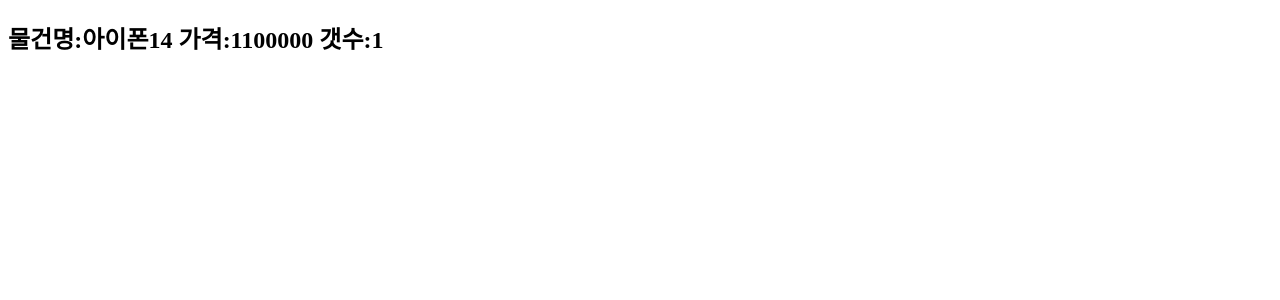
Repository: buildadoor/eclipse
Page: http://localhost/jspexp/z01_homework/a01_221114.jsp
The author's editor kept a copy of each file at every save. The page is drawn from the files as they stood at one save, then again after the next save.
The browser window is 1280 px wide. The pictures show the whole page.
The page is served by Tomcat 9.

Above is the page before, as saved 2022-11-14 07:24:46.

After the next save:
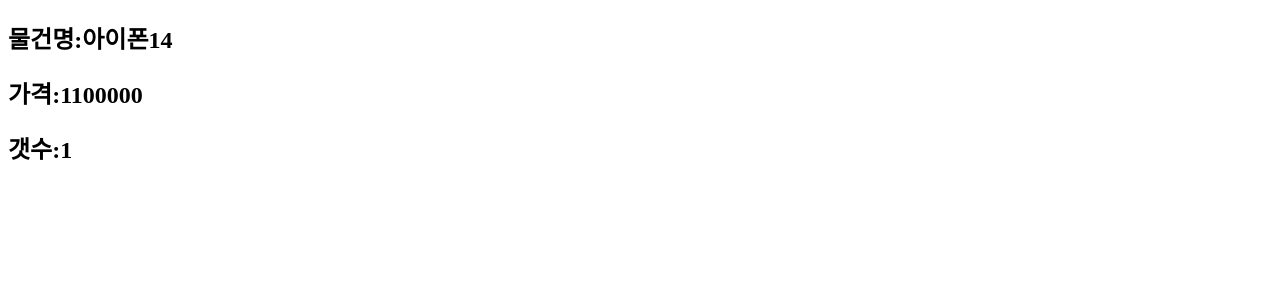
Saved 23 s later.
--- a/jspexp/src/main/webapp/z01_homework/a01_221114.jsp
+++ b/jspexp/src/main/webapp/z01_homework/a01_221114.jsp
@@ -43,11 +43,9 @@
 	int cnt= 1;
 	%>
 	<%-- 표현 처리. --%>
-	<h2>
-	물건명:<%=product%>
-	가격:<%=price%>
-	갯수:<%=cnt%>
-	</h2>
+	<h2>물건명:<%=product%></h2>
+	<h2>가격:<%=price%></h2>
+	<h2>갯수:<%=cnt%></h2>
 <%--
 [1단계:확인] 4. 70점 이상입니까?라는 confirm 입력 받아서 내용에 따라 합격/불합격을 화면에 출력하세요.
 [1단계:확인] 5. 테이블 3X3을 만들고, DOM을 활용하여 1행1열 1행2열 1행3열. 9개의 td의 내용을 출력하세요.
